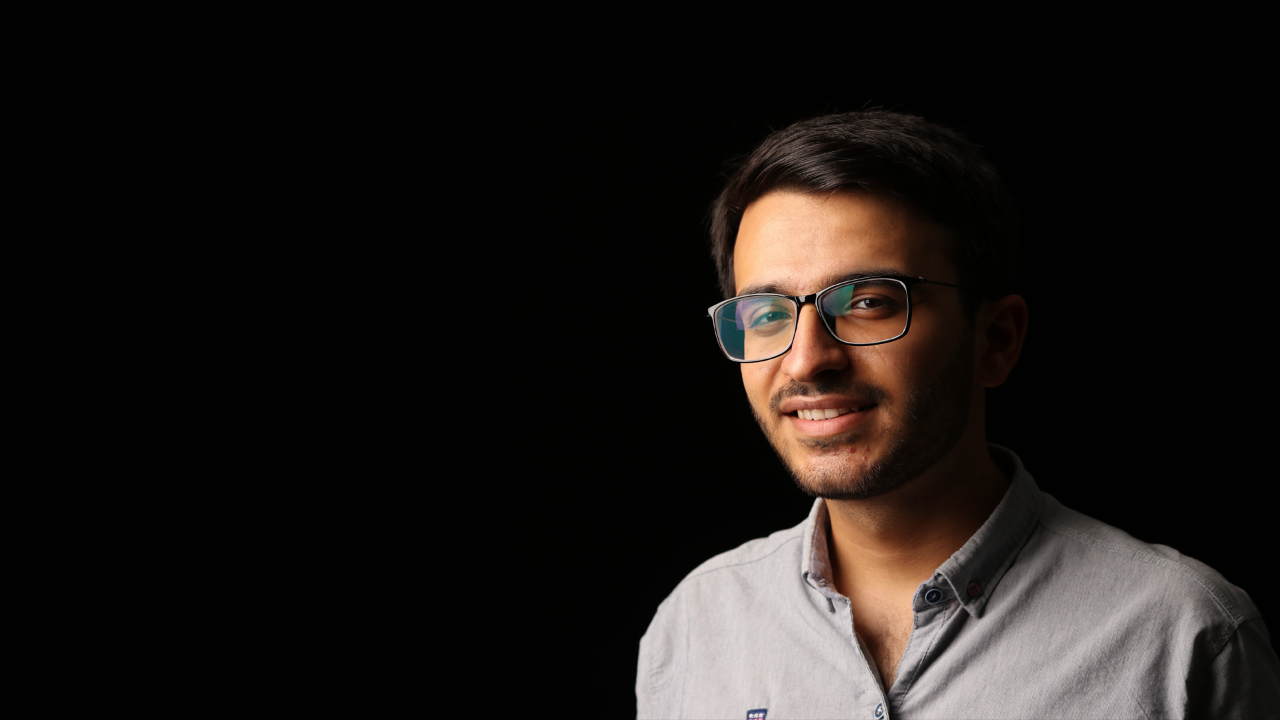
Repository: bryanbraide/Profile-card
Page: index.html
These files come from the project's save history. The page is drawn as it stood at one moment and after a run of saves; the edit follows.
The browser window is 1280 px wide. The pictures show the whole page.

Above is the page before, as saved 2025-06-08 18:28:52.

### index.html
<!DOCTYPE html>
<html lang="en">

<head>
  <meta charset="UTF-8">
  <meta name="viewport" content="width=device-width, initial-scale=1.0">
  <title>Personal Portfolio - Bryan Braide </title>
  <link rel="stylesheet" href="style.css">
  <link href="https://fonts.googleapis.com/css2?family=Poppins&display=swap" rel="stylesheet">

</head>

<body>
  <div id="header">
    <div class="container">
      <nav>

      </nav>
    </div>
  </div>

</body>

</html>

### style.css
* {
  margin: 0;
  padding: 0;
  font-family: 'Poppins' , 'sans-serif';
  box-sizing: border-box;
}
body {
  background: #080808;
  color: #fff;
}
#header {
  width: 100%;
  height: 100vh;
  background-image: url("images/background.png");
  background-size: cover;
  background-position: center;
}

After the next 8 saves:
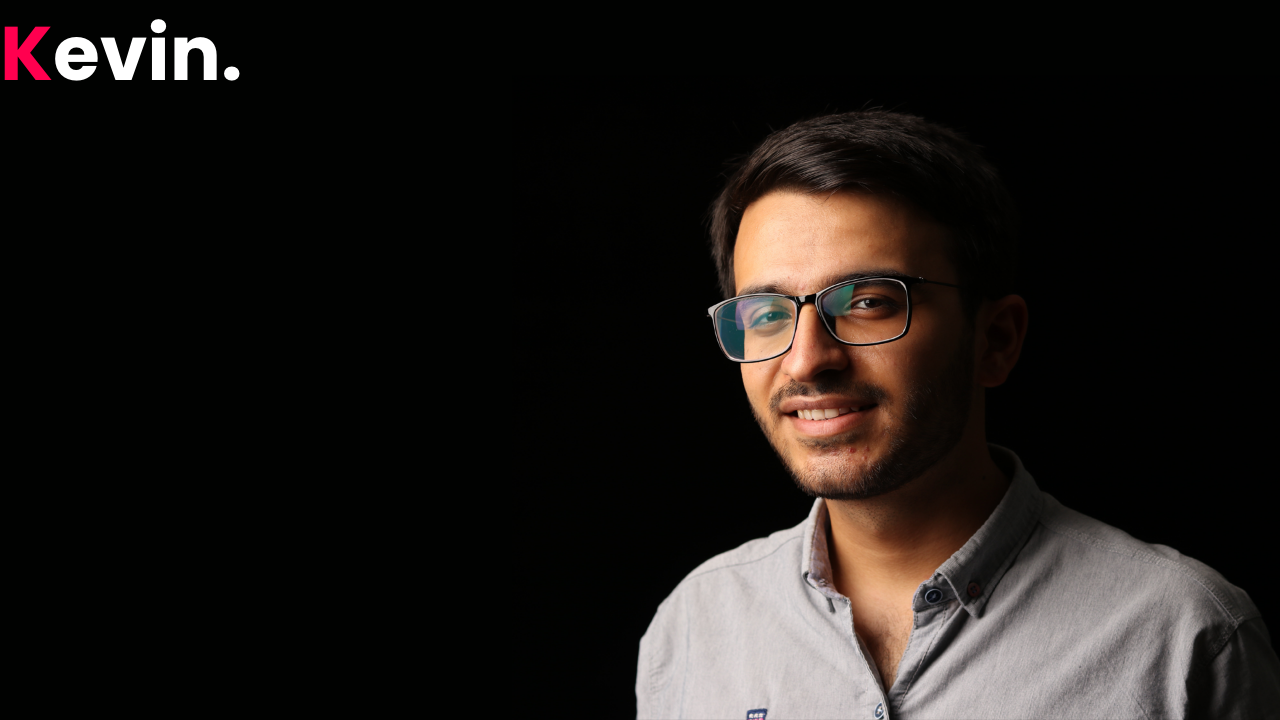
The 8 saves are shown as one change because they came seconds apart.
The last was saved 19 s later.
--- a/index.html
+++ b/index.html
@@ -14,7 +14,7 @@
   <div id="header">
     <div class="container">
       <nav>
-
+        <img src="images/logo.png">
       </nav>
     </div>
   </div>
